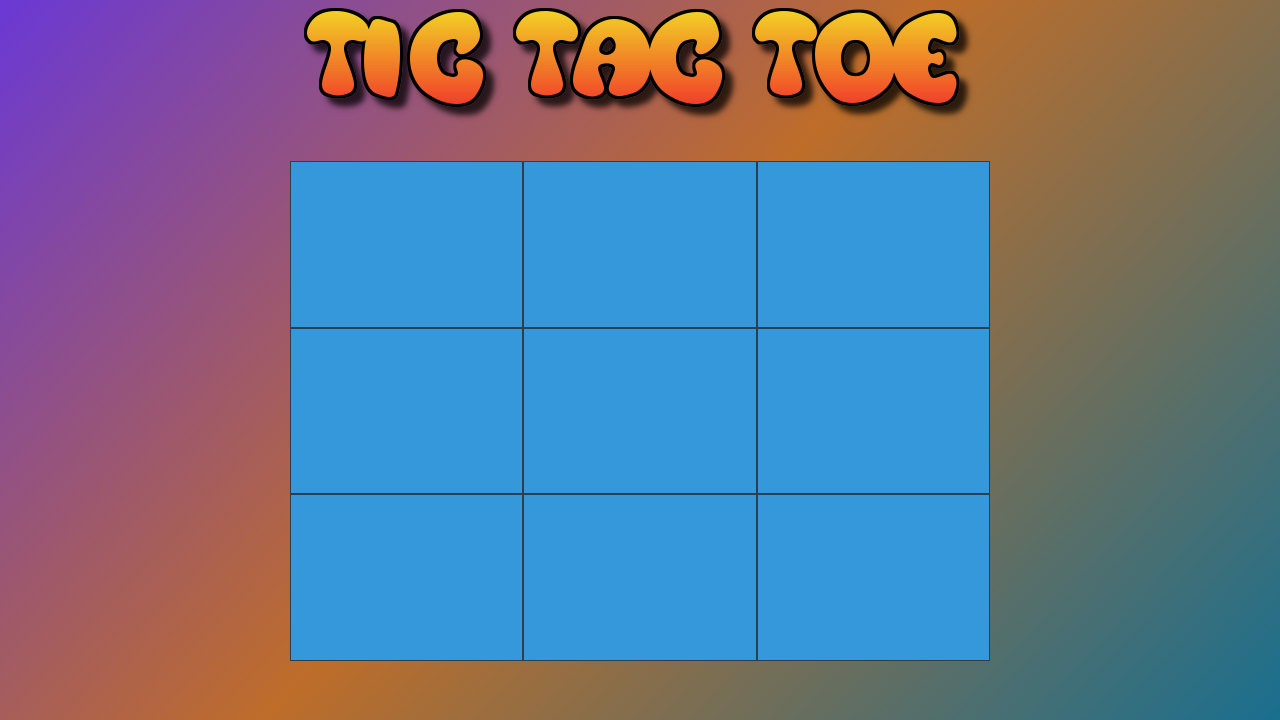
Repository: malx9/Project--5---Tic-Tac-Toe-with-AI
Page: index.html
An editor plug-in stored every save of this project. The page is shown before and after the next save, followed by the edit.
The browser window is 1280 px wide. The pictures show the whole page.

Above is the page before, as saved 2023-12-25 17:18:15.

After the next save:
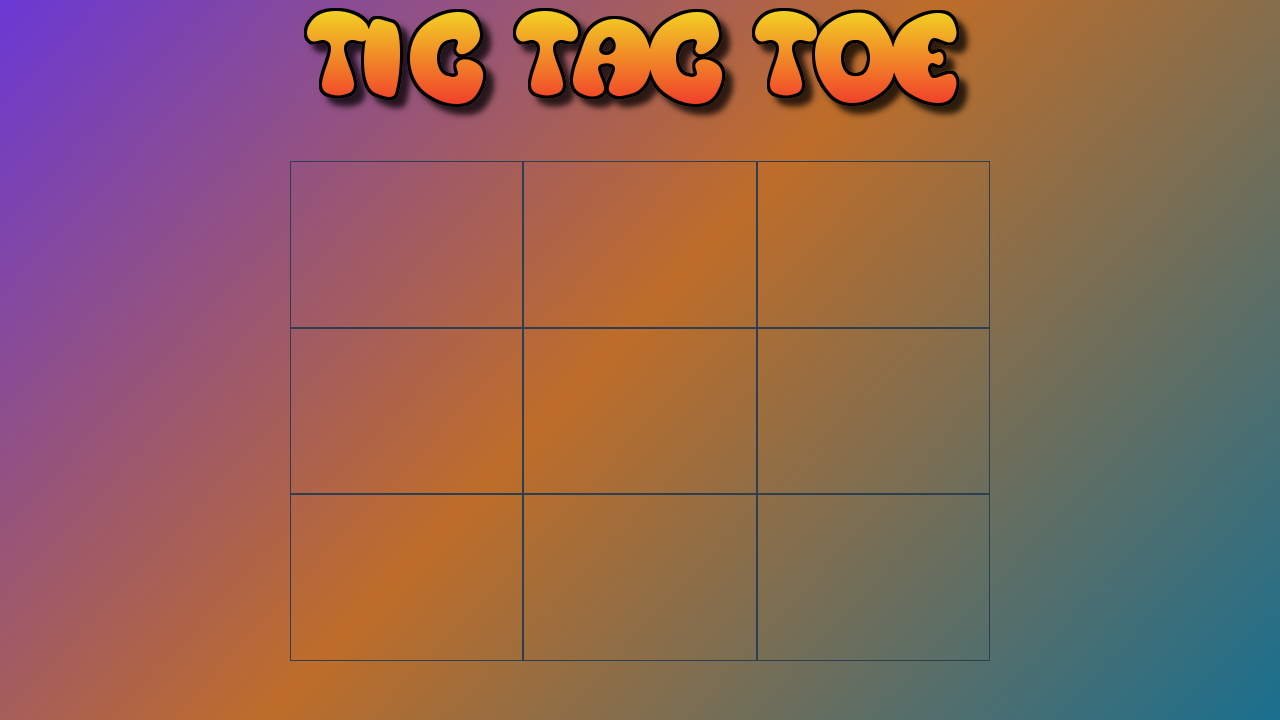
Saved 14 s later.
--- a/styles.css
+++ b/styles.css
@@ -31,6 +31,5 @@ body {
 }
 
 .square {
-  background-color: #3498db;
   border: 1px solid #2c3e50;
 }
